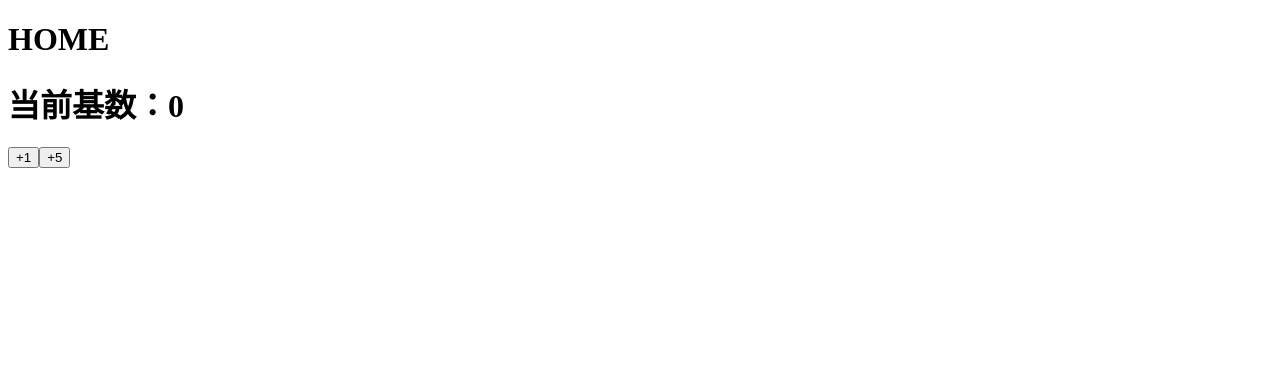
Repository: Hminister/learnReact
Page: /
These files come from the project's save history. The page is drawn as it stood at one moment and after the next save; the edit follows.
The browser window is 1280 px wide. The pictures show the whole page.
The project was rebuilt for these pictures with package versions that can differ from the ones it lists, and the page was loaded fresh each time.

Above is the page before, as saved 2020-08-31 18:17:03.

### public/index.html
<!DOCTYPE html>
<html lang="en">

<head>
    <meta charset="utf-8" />
    <link rel="icon" href="%PUBLIC_URL%/favicon.ico" />
    <meta name="viewport" content="width=device-width, initial-scale=1" />
    <meta name="theme-color" content="#000000" />
    <meta name="description" content="Web site created using create-react-app" />
    <!--
      manifest.json provides metadata used when your web app is installed on a
      user's mobile device or desktop. See https://developers.google.com/web/fundamentals/web-app-manifest/
    -->
    <!--
      Notice the use of %PUBLIC_URL% in the tags above.
      It will be replaced with the URL of the `public` folder during the build.
      Only files inside the `public` folder can be referenced from the HTML.

      Unlike "/favicon.ico" or "favicon.ico", "%PUBLIC_URL%/favicon.ico" will
      work correctly both with client-side routing and a non-root public URL.
      Learn how to configure a non-root public URL by running `npm run build`.
    -->
    <title>React App</title>
</head>

<body>
    <noscript>You need to enable JavaScript to run this app.</noscript>
    <div id="root"></div>
    <!--
      This HTML file is a template.
      If you open it directly in the browser, you will see an empty page.

      You can add webfonts, meta tags, or analytics to this file.
      The build step will place the bundled scripts into the <body> tag.

      To begin the development, run `npm start` or `yarn start`.
      To create a production bundle, use `npm run build` or `yarn build`.
    -->
</body>

</html>

### src/index.js
import React, { Component } from 'react'
import ReactDOM from 'react-dom'
import Home from './home'
import Profile from './profile'
export default class App extends Component {


    render () {
        return (
            <div>
                <Home></Home>
            </div>
        )
    }
}

ReactDOM.render(<App />, document.getElementById('root'))

### src/home.js
import React, { PureComponent } from 'react'
import store from './store'
import { addAction } from './store/actionCreators'

export default class Home extends PureComponent {
    constructor(props) {
        super(props)
        this.state = { counter: store.getState().counter }
    }
    componentDidMount () {
        store.subscribe(() => {
            this.setState({
                counter: store.getState().counter
            })
        })
    }
    render () {
        return (
            <div>
                <h1>HOME</h1>
                <h1>当前基数：{this.state.counter}</h1>
                <button onClick={e => this.addCount(1)}>+1</button>
                <button onClick={e => this.addCount(5)}>+5</button>
            </div>
        )
    }

    addCount (num) {
        // console.log(num)
        store.dispatch(addAction(num))
    }
}

### src/store/index.js
import { createStore } from 'redux'

import reducer from './reducer'

const store = createStore(reducer)

export default store

### src/store/actionCreators.js
import {
    ADD_COUNT
} from './constants'

const addAction = (count) => ({
    type: ADD_COUNT,
    num: count
});

export {
    addAction
}

### src/store/reducer.js
import {
    ADD_COUNT
} from './constants'

const initialState = {
    counter: 0
}
const reducer = (state = initialState, action) => {
    console.log(action)
    console.log(state.counter)
    switch (action.type) {
        case ADD_COUNT:
            return { ...state, counter: action.num + state.counter }
        default:
            return state
    }
}

export default reducer

### src/store/constants.js
const ADD_COUNT = 'ADD_COUNT'

export {
    ADD_COUNT
}

### src/profile.js
import React, { PureComponent } from 'react'
import store from './store'
import { addAction } from './store/actionCreators'

export default class Profile extends PureComponent {
    constructor(props) {
        super(props)
        this.state = { counter: store.getState().counter }
    }
    componentDidMount () {
        store.subscribe(() => {
            this.setState({
                counter: store.getState().counter
            })
        })
    }
    render () {
        return (
            <div>
                <h1>Profile</h1>
                <h1>当前基数：{this.state.counter}</h1>
                <button onClick={e => this.addCount(-1)}>-1</button>
                <button onClick={e => this.addCount(-5)}>-5</button>
            </div>
        )
    }

    addCount (num) {
        store.dispatch(addAction(num))
    }
}

After the next save:
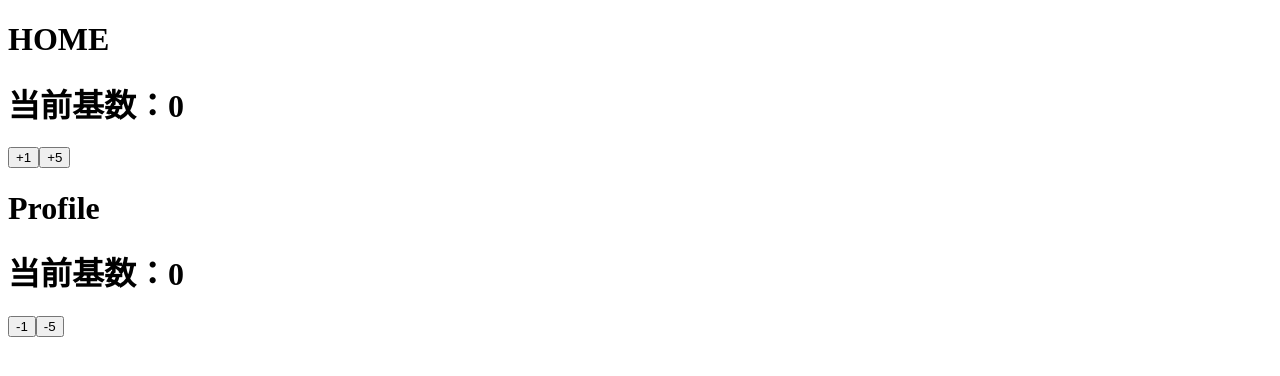
Saved 9 s later.
--- a/src/index.js
+++ b/src/index.js
@@ -9,6 +9,7 @@ export default class App extends Component {
         return (
             <div>
                 <Home></Home>
+                <Profile></Profile>
             </div>
         )
     }
